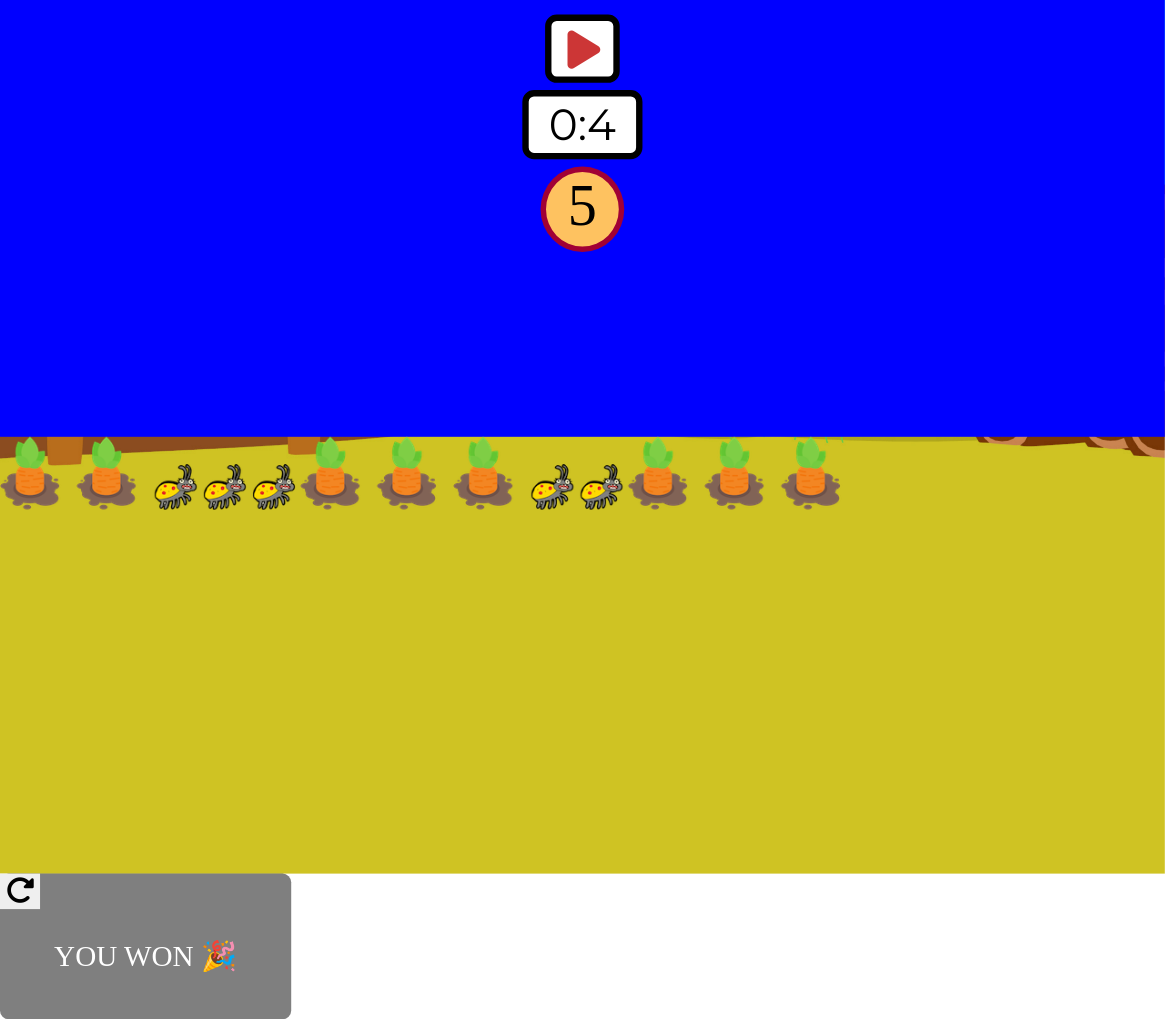
Repository: sephinejo/Mini-carrot-game
Page: index.html
The author's editor kept a copy of each file at every save. The page is drawn from the files as they stood at one save, then again after the next save.
The browser window is 1280 px wide. The pictures show the whole page, at 91% of full size.
Some web fonts or font styles are not loaded; a fallback is used. Some web libraries are served in a nearby version.

Above is the page before, as saved 2023-05-15 09:12:55.

After the next save:
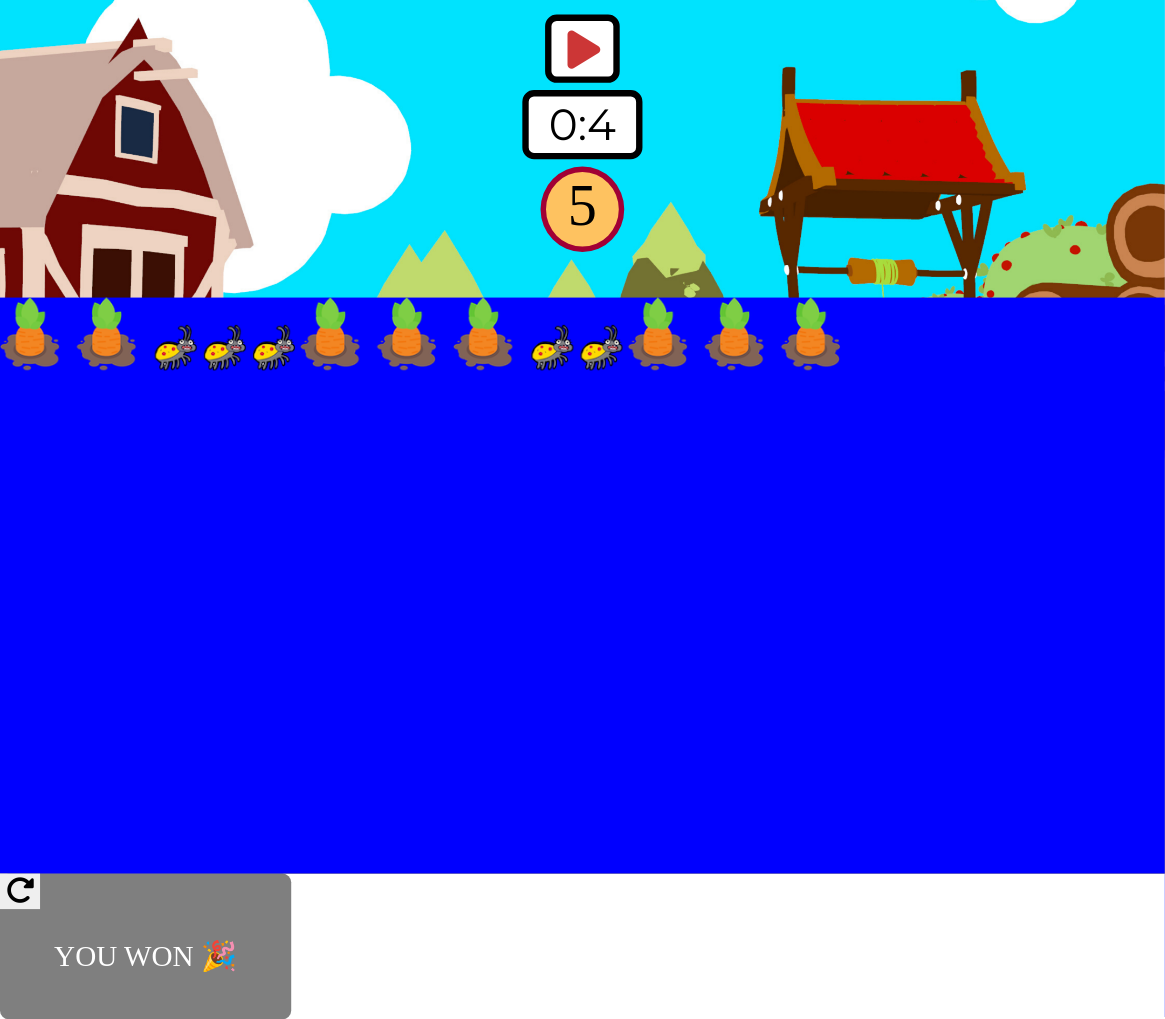
Saved 2 min 56 s later.
--- a/style.css
+++ b/style.css
@@ -14,9 +14,6 @@ body {
 }
 
 .info {
-  width: 100%;
-  height: 100%;
-  background-color: blue;
   display: flex;
   flex-direction: column;
   align-items: center;
@@ -64,6 +61,12 @@ button {
   padding: 0 1.5rem 0.5rem;
 }
 
+.field {
+  width: 100%;
+  height: 100%;
+  background-color: blue;
+}
+
 .pop-up {
   width: 20rem;
   height: 10rem;
